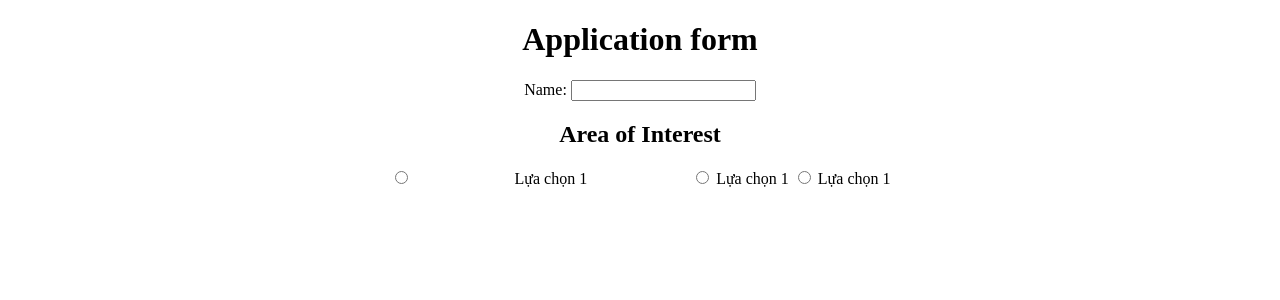
Repository: thanhp6868/ltWeb
Page: 2709_3.html
An editor plug-in stored every save of this project. The page is shown before and after the next save, followed by the edit.
The browser window is 1280 px wide. The pictures show the whole page.

Above is the page before, as saved 2023-09-27 14:49:00.

After the next save:
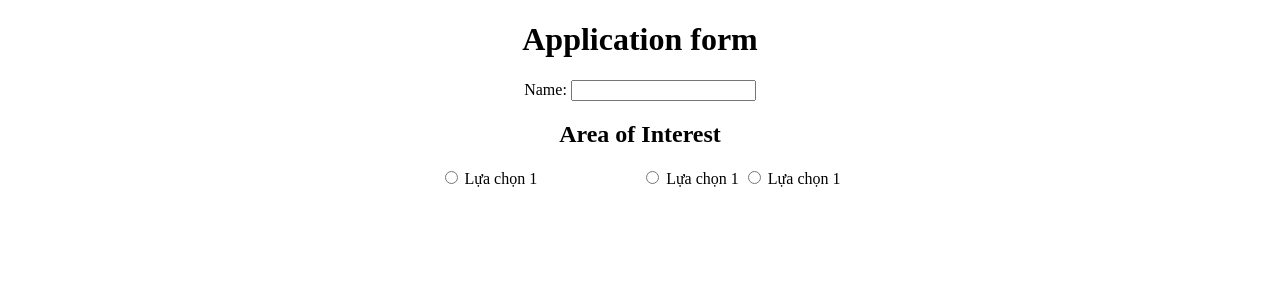
Saved 36 s later.
--- a/2709_3.html
+++ b/2709_3.html
@@ -19,7 +19,7 @@
         </div>
         <h2> Area of Interest</h2>
         <input type="radio" id="choice1" name="choice" value="option1">
-        <label for="choice1" style="padding: 100px;">Lựa chọn 1</label>
+        <label for="choice1" style="padding-right: 100px;">Lựa chọn 1</label>
         <input type="radio" id="choice1" name="choice" value="option1">
         <label for="choice1">Lựa chọn 1</label>
         <input type="radio" id="choice1" name="choice" value="option1">
